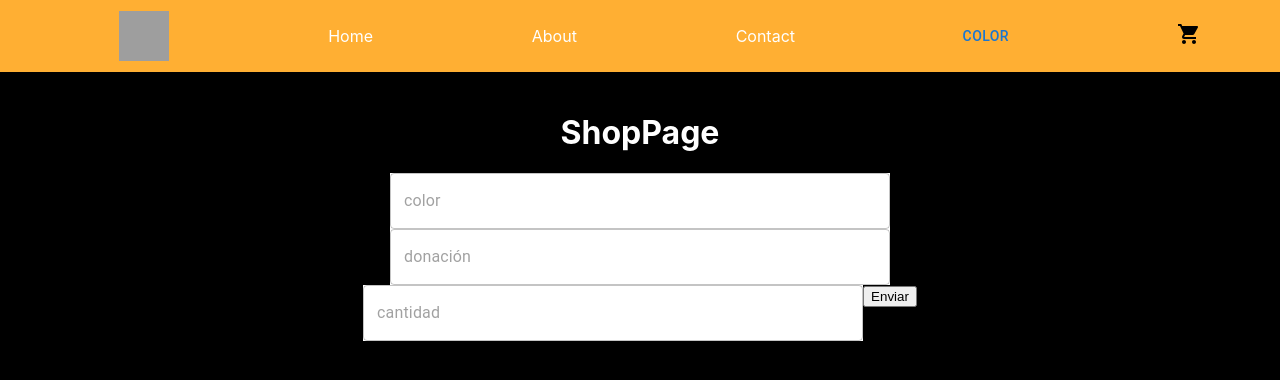
Repository: Toydrum/React-Hector-Coronado-EntregaFinal
Page: /shop
These files come from the project's save history. The page is drawn as it stood at one moment and after the next save; the edit follows.
The browser window is 1280 px wide. The pictures show the whole page.
Pictures or frames that could not be fetched are drawn as grey boxes. The project was rebuilt for these pictures with package versions that can differ from the ones it lists, and the page was loaded fresh each time. Also part of the build but not shown: vite.config.js, src/components/CardUser/CardUser.jsx, src/components/CardList/CardList.css, src/components/CardList/CardList.jsx, src/pages/HomePage/HomePage.jsx, src/pages/ContactPage/ContactPage.jsx, src/pages/AboutPage/AboutPage.jsx, src/pages/DetailPage/DetailPage.jsx and 1 more.

Above is the page before, as saved 2023-07-16 23:27:38.

### src/App.jsx
//import React from "react";
import "./App.css";
import { BrowserRouter as Router, Routes, Route } from "react-router-dom";

//Context
import { GatosProvider } from "./context/GatosContext";

//Components
import NavBar from "./components/Navbar/Navbar";
//import MenuColor from "./components/MenuColor/MenuColor";
//import CardUser from "./components/CardUser/CardUser";

//Pages
import HomePage from "./pages/HomePage/HomePage";
import ContactPage from "./pages/ContactPage/ContactPage";
import AboutPage from "./pages/AboutPage/AboutPage";
import DetailPage from "./pages/DetailPage/DetailPage";
import ShopPage from "./pages/ShopPage/ShopPage";

const App = () => {
  return (
    <Router>
      <GatosProvider>
        <div className="App">
          <NavBar />
          <Routes>
            <Route path="/" element={<HomePage />}></Route>
            <Route path="/About" element={<AboutPage />}></Route>
            <Route path="/Contact" element={<ContactPage />}></Route>
            <Route path="/detail/:id" element={<DetailPage />}></Route>
            <Route path="/shop" element={<ShopPage />}></Route>
          </Routes>
          <div className="Cards-Container"></div>
        </div>
      </GatosProvider>
    </Router>
  );
};

export default App;

### src/App.css
body{
  background-color: black;
}

.App {
  display: flex;
  flex-direction: column;
  justify-content: center;
}

.Cards-Container{
  display: flex;
  width: 100%;
  justify-content: center;
}

### src/context/GatosContext.jsx
import { useState, createContext } from "react";
import PropTypes from "prop-types"; // Importa PropTypes

export const GatosContext = createContext();

const initialState = () => [{}];

export const GatosProvider = ({ children }) => {
  const [items, setItems] = useState(initialState);

  return (
    <GatosContext.Provider value={[items, setItems]}>
      {children}
    </GatosContext.Provider>
  );
};

GatosProvider.propTypes = {
  children: PropTypes.node.isRequired,
};

### src/components/Navbar/Navbar.jsx
import { useContext } from "react";
import "./Navbar.css";
import logo from "./cat-logo.svg";
import { Link } from "react-router-dom";
import CartWidget from "../CartWidget/CartWidget";
import MenuColor from "../MenuColor/MenuColor";
import { GatosContext } from "../../context/GatosContext";
//import { GatosProvider } from "../../context/GatosContext";

const NavBar = () => {
  const [items] = useContext(GatosContext);

  return (
    <nav className="nav-container">
      <ul className="nav-ul">
        <img src={logo} alt="gatito" style={{ height: 50, width: 50 }} />
        <li className="li">
          <Link to="/" className="li">
            Home
          </Link>
        </li>
        <li className="li">
          <Link to="/about" className="li">
            About
          </Link>
        </li>
        <li className="li">
          <Link to="/contact" className="li">
            Contact
          </Link>
        </li>
        <li className="li">
          <MenuColor />
        </li>
        <li className="li">
          <Link to="/shop" className="li">
            <CartWidget className="li" />
          </Link>
        </li>
      </ul>
    </nav>
  );
};

export default NavBar;

### src/pages/ShopPage/ShopPage.jsx
import { useState } from "react";
import TextField from "@mui/material/TextField";
import "./Styles.css";
import { collection, addDoc } from "firebase/firestore";
import { db } from "../../firebase/firebaseConfig";
import MessageSuccess from "../../components/MessageSuccess/MessageSuccess";

const initialState = {
  color: "",
  donacion: "",
  cantidad: "",
};

const ShopPage = () => {
  const [values, setValues] = useState(initialState);
  const [purchaseID, setPurchaseID] = useState("");
  const handleOnChange = (e) => {
    const { value, name } = e.target;
    setValues({
      ...values,
      [name]:
        (name === "cantidad" || name === "donacion") && value !== ""
          ? parseInt(value)
          : value,
    });
  };

  const onSubmit = async (e) => {
    e.preventDefault();
    // Add a new document with a generated id.
    const docRef = await addDoc(collection(db, "compras"), {
      values,
    });
    setPurchaseID(docRef.id);
    setValues(initialState);
  };

  console.log("Document written with ID: ", purchaseID);
  return (
    <>
      <div className="caja">
        <h1 className="titulo">ShopPage</h1>
        <form onSubmit={onSubmit}>
          <TextField
            name="color"
            className="campo"
            placeholder="color"
            value={values.color}
            onChange={handleOnChange}
          />
          <TextField
            name="donacion"
            className="campo"
            placeholder="donación"
            value={values.donacion}
            onChange={handleOnChange}
          />
          <TextField
            name="cantidad"
            className="campo"
            placeholder="cantidad"
            value={values.cantidad}
            onChange={handleOnChange}
          />
          <button type="submit" onClick={onSubmit}>
            Enviar
          </button>
        </form>
        {purchaseID ? <MessageSuccess purchaseID={purchaseID} /> : null}
      </div>
    </>
  );
};

export default ShopPage;

### src/components/Navbar/Navbar.css
.nav-container {
  background-color: #FFAF33;
  height: 10vh;
  display: flex;
  width: 100%;
  justify-content: space-around;
  align-items: center;
}

.nav-ul {
  display: flex;
  width: 100%;
  justify-content: space-around;
  align-items: center;
}

.li {
  color: white;
  list-style-type: none;
  text-decoration: none;
}

### src/components/CartWidget/CartWidget.jsx
import ShoppingCartIcon from "@mui/icons-material/ShoppingCart";

const CartWidget = () => {
  return (
    <div style={{ color: "black" }}>
      <ShoppingCartIcon />
    </div>
  );
};

export default CartWidget;

### src/components/MenuColor/MenuColor.jsx
import * as React from "react";
import Button from "@mui/material/Button";
import Menu from "@mui/material/Menu";
import MenuItem from "@mui/material/MenuItem";

const MenuColor = () => {
  const [anchorEl, setAnchorEl] = React.useState(null);
  const open = Boolean(anchorEl);
  const handleClick = (event) => {
    setAnchorEl(event.currentTarget);
  };
  const handleClose = () => {
    setAnchorEl(null);
  };

  return (
    <div>
      <Button
        id="demo-positioned-button"
        aria-controls={open ? "demo-positioned-menu" : undefined}
        aria-haspopup="true"
        aria-expanded={open ? "true" : undefined}
        onClick={handleClick}
      >
        Color
      </Button>
      <Menu
        id="demo-positioned-menu"
        aria-labelledby="demo-positioned-button"
        anchorEl={anchorEl}
        open={open}
        onClose={handleClose}
        anchorOrigin={{
          vertical: "top",
          horizontal: "left",
        }}
        transformOrigin={{
          vertical: "top",
          horizontal: "left",
        }}
      >
        <MenuItem onClick={handleClose}>Profile</MenuItem>
        <MenuItem onClick={handleClose}>My account</MenuItem>
        <MenuItem onClick={handleClose}>Logout</MenuItem>
      </Menu>
    </div>
  );
};

export default MenuColor;

### src/pages/ShopPage/Styles.css
.campo{
  display: flex;
  flex-flow: column;
  width: 500px;
  background-color : white;
  color: black;
  margin-right: auto;
  margin-left: auto;
}

.caja{
  display: flex;
  flex-flow: column;
  justify-content: center;
  text-align: center;
  width: 51%;
  height: 40vh;
  margin-right: auto;
  margin-left: auto;
  color:black;
}

.titulo{
  color: white;
}

### src/firebase/firebaseConfig.js
// Import the functions you need from the SDKs you need
import { initializeApp } from "firebase/app";
//import { getAnalytics } from "firebase/analytics";
// TODO: Add SDKs for Firebase products that you want to use
// https://firebase.google.com/docs/web/setup#available-libraries
import { getFirestore } from "firebase/firestore";
// Your web app's Firebase configuration
// For Firebase JS SDK v7.20.0 and later, measurementId is optional
const firebaseConfig = {
  apiKey: "AIzaSyCLSk1f1K6dPfkavJgb9mdon9PDEPSR80U",
  authDomain: "gatitos-7f5b2.firebaseapp.com",
  projectId: "gatitos-7f5b2",
  storageBucket: "gatitos-7f5b2.appspot.com",
  messagingSenderId: "577315722745",
  appId: "1:577315722745:web:28034b8baa1dc0c2115928",
  measurementId: "G-DZQ36RVP49",
};

// Initialize Firebase
const app = initializeApp(firebaseConfig);
//const analytics = getAnalytics(app);
export const db = getFirestore(app);

Loaded but not shown: index.html (common file); src/main.jsx (common file); src/index.css (common file)

After the next save:
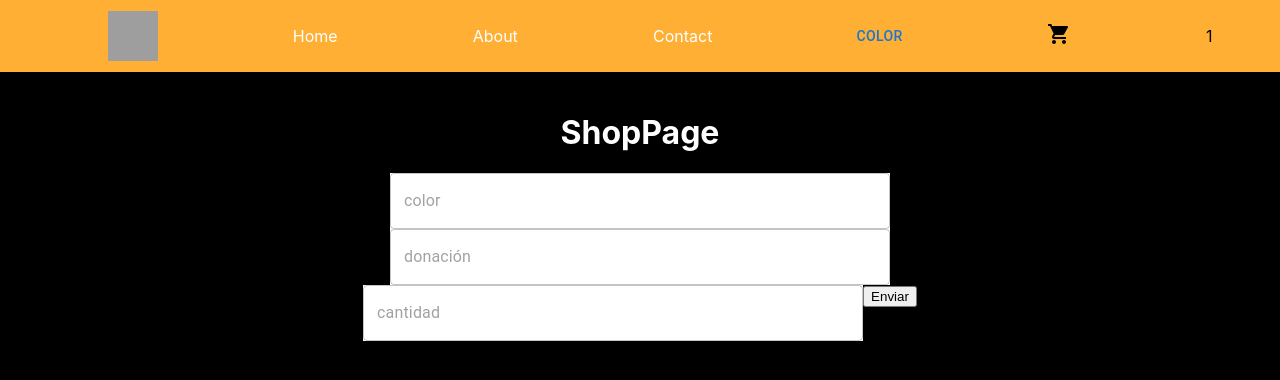
Saved 41 s later.
--- a/src/components/Navbar/Navbar.jsx
+++ b/src/components/Navbar/Navbar.jsx
@@ -37,6 +37,7 @@ const NavBar = () => {
             <CartWidget className="li" />
           </Link>
         </li>
+        {items.length}
       </ul>
     </nav>
   );
